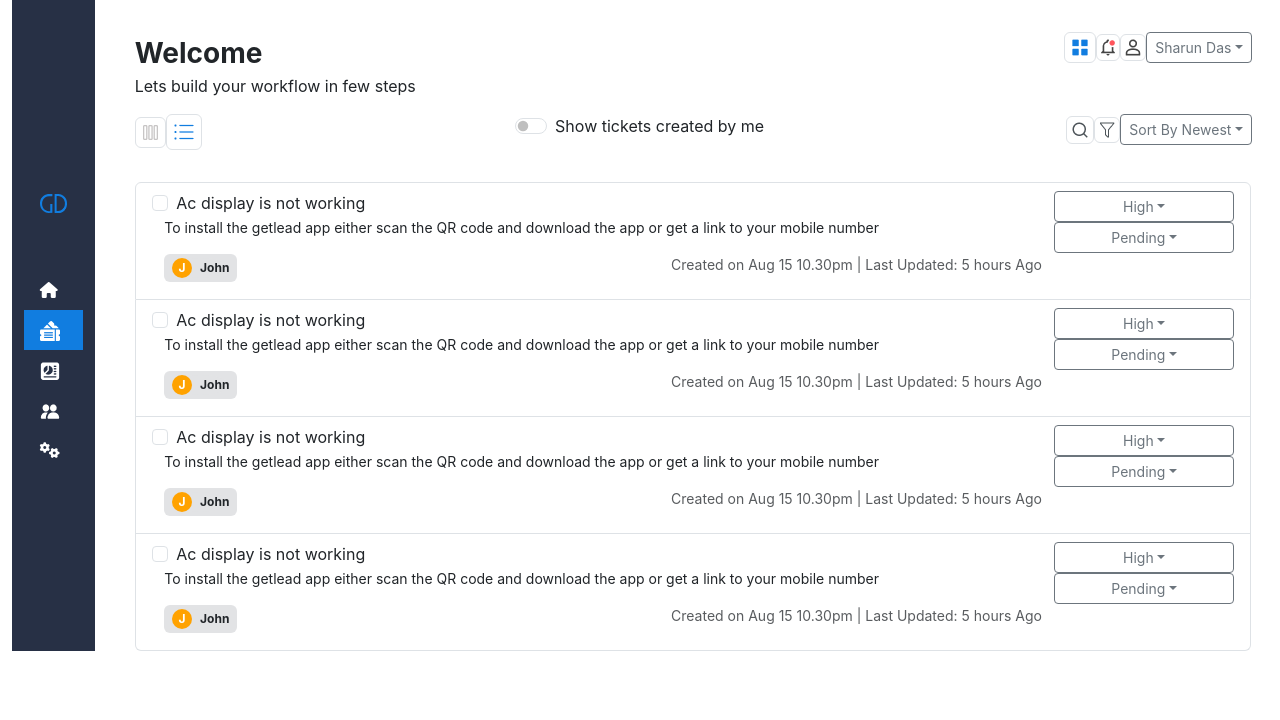
Repository: rishikarajeev/GL_HelpDesk
Page: /showtickets
An editor plug-in stored every save of this project. The page is shown before and after a run of saves, followed by the edit.
The browser window is 1280 px wide. The pictures show the whole page.
The project was rebuilt for these pictures with package versions that can differ from the ones it lists, and the page was loaded fresh each time. Also part of the build but not shown: src/App.css, src/Pages/HomePage.jsx.

Above is the page before, as saved 2024-01-09 14:41:13.

After the next 3 saves:
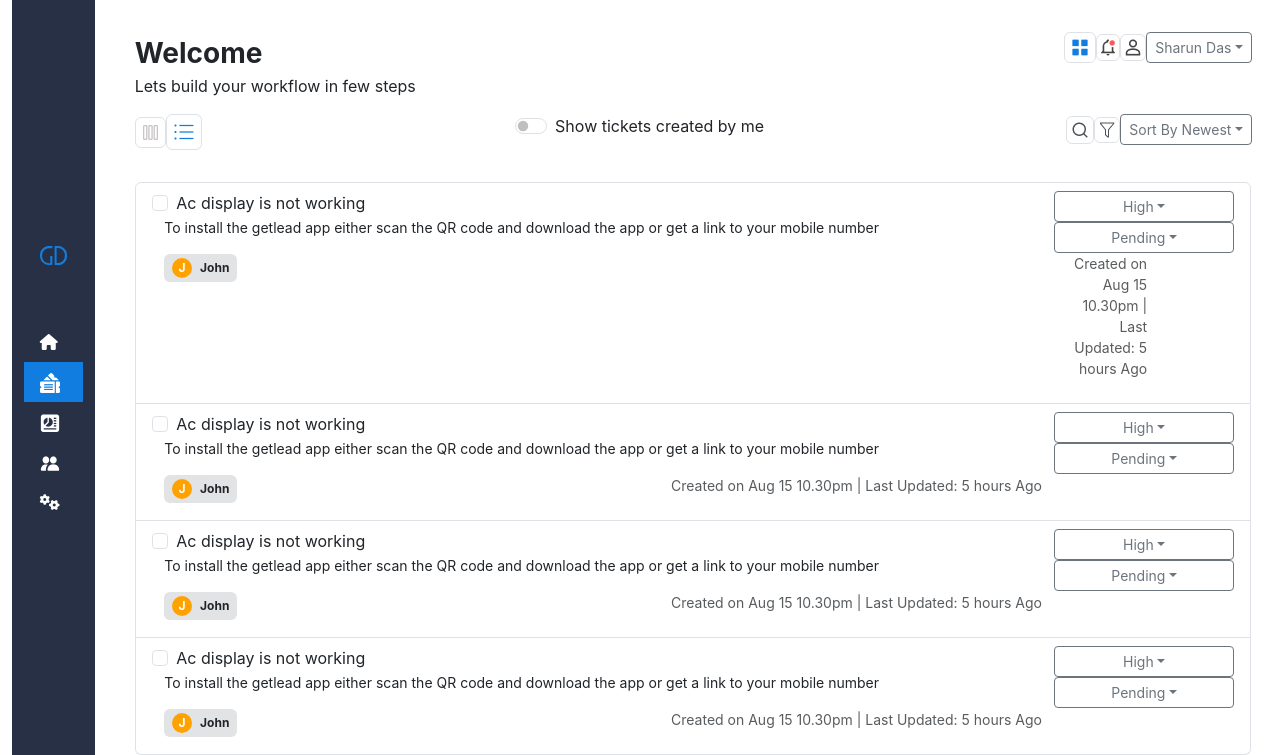
The 3 saves are shown as one change because they came seconds apart.
The last was saved 11 min 37 s later.
--- a/src/Pages/ViewTickets.jsx
+++ b/src/Pages/ViewTickets.jsx
@@ -39,32 +39,33 @@ function ViewTickets() {
                 <div className="col-5">
                   <UserBadge name={userName} />
                 </div>
-                <div className="col-7 text-end">
-                  <p className="text-muted small">
-                    Created on Aug 15 10.30pm | Last Updated: 5 hours Ago
-                  </p>
-                </div>
-              </div>
-            </div>
-            <div className="col-2">
-              <div className="row">
-                <button
-                  className="btn btn-outline-secondary btn-sm dropdown-toggle"
-                  type="button"
-                  data-bs-toggle="dropdown"
-                  aria-expanded="false"
-                >
-                  High
-                </button>
-
-                <button
-                  className="btn btn-outline-secondary btn-sm dropdown-toggle"
-                  type="button"
-                  data-bs-toggle="dropdown"
-                  aria-expanded="false"
-                >
-                  Pending
-                </button>
+
+              </div>
+            </div>
+            <div className="col-2">
+              <div className="row">
+                <button
+                  className="btn btn-outline-secondary btn-sm dropdown-toggle"
+                  type="button"
+                  data-bs-toggle="dropdown"
+                  aria-expanded="false"
+                >
+                  High
+                </button>
+
+                <button
+                  className="btn btn-outline-secondary btn-sm dropdown-toggle"
+                  type="button"
+                  data-bs-toggle="dropdown"
+                  aria-expanded="false"
+                >
+                  Pending
+                </button>
+                <div className="col-7 text-end">
+                  <p className="text-muted small">
+                    Created on Aug 15 10.30pm | Last Updated: 5 hours Ago
+                  </p>
+                </div>
               </div>
             </div>
           </div>
